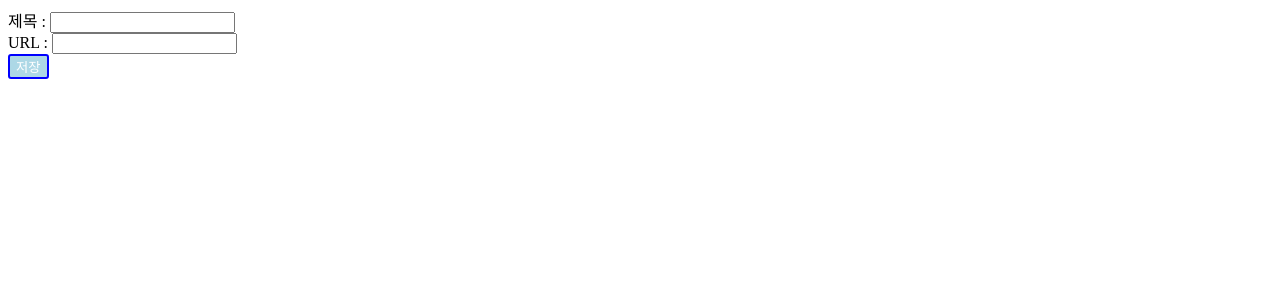
Repository: kKn00077/IOUSOFT
Page: http://localhost/Q2/add.jsp
An editor plug-in stored every save of this project. The page is shown before and after the next save, followed by the edit.
The browser window is 1280 px wide. The pictures show the whole page.
The page is served by Tomcat 9.

Above is the page before, as saved 2018-11-22 06:40:34.

After the next save:
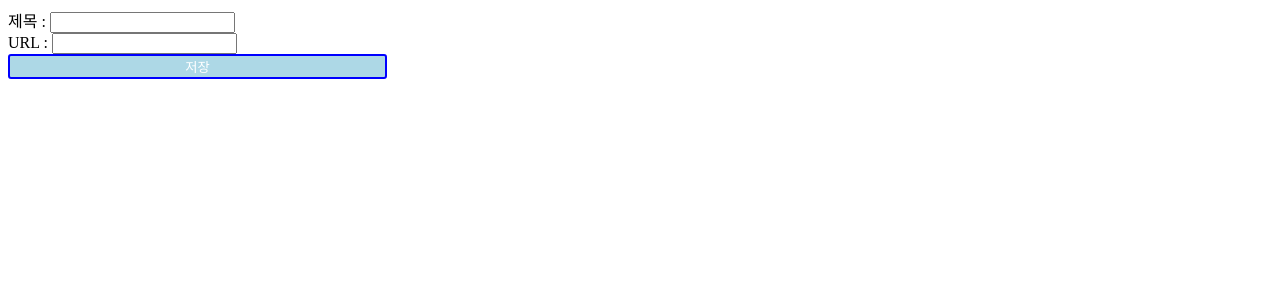
Saved 17 s later.
--- a/Q2/WebContent/add.jsp
+++ b/Q2/WebContent/add.jsp
@@ -22,7 +22,7 @@ div{
 제목 : <input type="text" name="name"><br>
 URL : <input type="text" name="url"><br>
 <div>
-	<input type="submit" id="add_but" value="저장">
+	<input type="submit" id="add_but" style="width:30%" value="저장">
 </div>
 
 </form>
